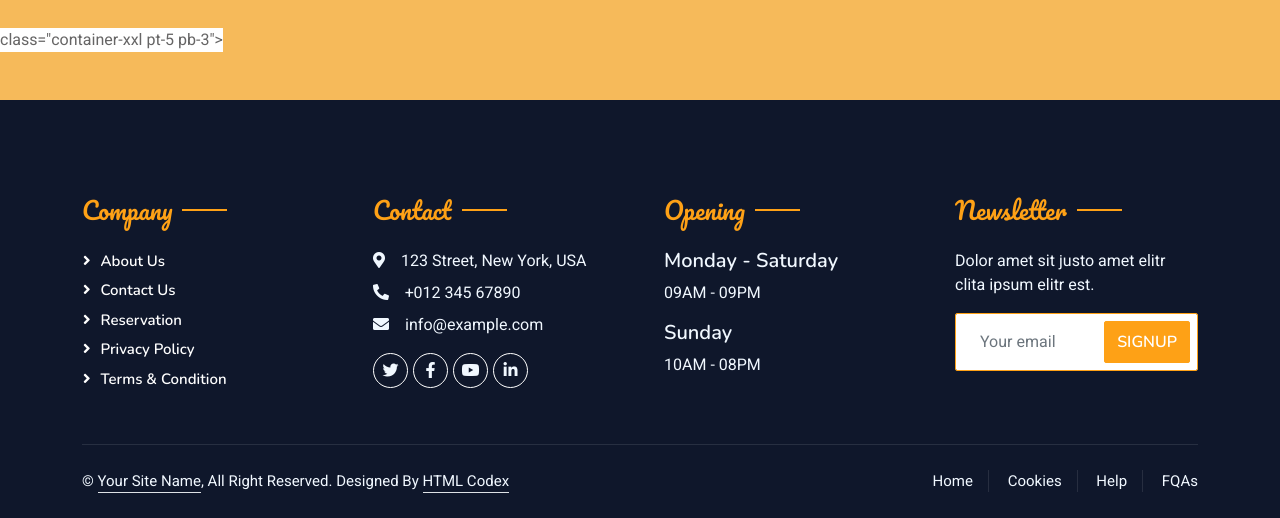
Repository: BDGomar/Presi
Page: about.html
The author's editor kept a copy of each file at every save. The page is drawn from the files as they stood at one save, then again after the next save.
The browser window is 1280 px wide. The pictures show the part of the page from y = 1140 to 1658 px (the page is 1658 px tall).
A picture or video elsewhere on the page could not be fetched, so the positions and the page height are approximate. Some web libraries are served in a nearby version.

Above is the page before, as saved 2024-11-12 15:55:48.

### about.html
<!DOCTYPE html>
<html lang="en">

<head>
    <meta charset="utf-8">
    <title>Restoran - Bootstrap Restaurant Template</title>
    <meta content="width=device-width, initial-scale=1.0" name="viewport">
    <meta content="" name="keywords">
    <meta content="" name="description">

    <!-- Favicon -->
    <link href="img/favicon.ico" rel="icon">

    <!-- Google Web Fonts -->
    <link rel="preconnect" href="https://fonts.googleapis.com">
    <link rel="preconnect" href="https://fonts.gstatic.com" crossorigin>
    <link href="https://fonts.googleapis.com/css2?family=Heebo:wght@400;500;600&family=Nunito:wght@600;700;800&family=Pacifico&display=swap" rel="stylesheet">

    <!-- Icon Font Stylesheet -->
    <link href="https://cdnjs.cloudflare.com/ajax/libs/font-awesome/5.10.0/css/all.min.css" rel="stylesheet">
    <link href="https://cdn.jsdelivr.net/npm/bootstrap-icons@1.4.1/font/bootstrap-icons.css" rel="stylesheet">

    <!-- Libraries Stylesheet -->
    <link href="lib/animate/animate.min.css" rel="stylesheet">
    <link href="lib/owlcarousel/assets/owl.carousel.min.css" rel="stylesheet">
    <link href="lib/tempusdominus/css/tempusdominus-bootstrap-4.min.css" rel="stylesheet" />

    <!-- Customized Bootstrap Stylesheet -->
    <link href="css/bootstrap.min.css" rel="stylesheet">

    <!-- Template Stylesheet -->
    <link href="css/style.css" rel="stylesheet">
</head>

<body>
    <d class="container-xxl bg-white p-0">
        <!-- Spinner Start -->
        <div id="spinner" class="show bg-white position-fixed translate-middle w-100 vh-100 top-50 start-50 d-flex align-items-center justify-content-center">
            <div class="spinner-border text-primary" style="width: 3rem; height: 3rem;" role="status">
                <span class="sr-only">Loading...</span>
            </div>
        </div>
        <!-- Spinner End -->


        <!-- Navbar & Hero Start -->
        <div class="container-xxl position-relative p-0">
            <nav class="navbar navbar-expand-lg navbar-dark bg-dark px-4 px-lg-5 py-3 py-lg-0">
                <a href="" class="navbar-brand p-0">
                    <h1 class="text-primary m-0"><img src="img/pres.png" alt="Logo" width="100px" height="200px">Chez Presi Sangaré</h1>

                </a>
                <button class="navbar-toggler" type="button" data-bs-toggle="collapse" data-bs-target="#navbarCollapse">
                    <span class="fa fa-bars"></span>
                </button>
                <div class="collapse navbar-collapse" id="navbarCollapse">
                    <div class="navbar-nav ms-auto py-0 pe-4">
                        <a href="index.html" class="nav-item nav-link active">Acceuil</a>
                        <a href="about.html" class="nav-item nav-link">Apropos</a>
                        <a href="service.html" class="nav-item nav-link">Service</a>
                        <a href="menu.html" class="nav-item nav-link">Menu</a>
                        <div class="nav-item dropdown">
                            <a href="#" class="nav-link dropdown-toggle" data-bs-toggle="dropdown">Pages</a>
                            <div class="dropdown-menu m-0">
                            </div>
                        </div>
                        <a href="contact.html" class="nav-item nav-link">Contact</a>
                    </div>
                    <a href="" class="btn btn-primary py-2 px-4">Commandez</a>
                </div>
            </nav>

            <div class="container-xxl py-5 bg-dark hero-header mb-5">
                <div class="container text-center my-5 pt-5 pb-4">
                    <h1 class="display-3 text-white mb-3 animated slideInDown">Apropos</h1>
                    <nav aria-label="breadcrumb">
                        <ol class="breadcrumb justify-content-center text-uppercase">
                            <li class="breadcrumb-item"><a href="#">Acceuil</a></li>
                            <li class="breadcrumb-item"><a href="#"></a></li>
                            <li class="breadcrumb-item text-white active" aria-current="page">Apropos</li>
                        </ol>
                    </nav>
                </div>
            </div>
        </div>
        <!-- Navbar & Hero End -->


        <!-- About Start -->
        <div class="container-xxl py-5">
            <div class="container">
                <div class="row g-5 align-items-center">
                    <div class="col-lg-6">
                        <div class="row g-3">
                            <div class="col-6 text-start">
                                <img class="img-fluid rounded w-100 wow zoomIn" data-wow-delay="0.1s" src="img/fo.jpeg">
                            </div>
                            <div class="col-6 text-start">
                                <img class="img-fluid rounded w-75 wow zoomIn" data-wow-delay="0.3s" src="img/apf.jpeg" style="margin-top: 25%;">
                            </div>
                            <div class="col-6 text-end">
                                <img class="img-fluid rounded w-75 wow zoomIn" data-wow-delay="0.5s" src="img/presi.png">
                            </div>
                            <div class="col-6 text-end">
                                <img class="img-fluid rounded w-100 wow zoomIn" data-wow-delay="0.7s" src="img/garba.jpg">
                            </div>
                        </div>
                    </div>
                    <div class="col-lg-6">
                        <h5 class="section-title ff-secondary text-start text-primary fw-normal">Apropos de nous</h5>
                        <h1 class="mb-4">Bienvenue <img src="img/presi.png" width="70px"> Chez Presi Sangaré</h1>
                        <p class="mb-4">Amateur de Garba, amoureux et amoureuse de l'attieké le Garba de Presi Sangaré est le meilleur de toute la ville de Ouagadougou.Venez deguster le meilleur garba.Ne vous faites pas raconter. Disponible à Sinyiri,Saaba et Tampouy</p>
                        <p class="mb-4">Chez Presi Sangaré, vous satisfaire notre combat.<br> Vous connaissez la devise tu connais tu viens!!!</p>
                        <div class="row g-4 mb-4">
                            <div class="col-sm-6">
                                <div class="d-flex align-items-center border-start border-5 border-primary px-3">
                                    <h1 class="flex-shrink-0 display-5 text-primary mb-0" data-toggle="counter-up">3</h1>
                                    <div class="ps-4">
                                        <p class="mb-0">Years of</p>
                                        <h6 class="text-uppercase mb-0">Experience</h6>
                                    </div>
                                </div>
                            </div>
                            <div class="col-sm-6">
                                <div class="d-flex align-items-center border-start border-5 border-primary px-3">
                                    <h1 class="flex-shrink-0 display-5 text-primary mb-0" data-toggle="counter-up">20</h1>
                                    <div class="ps-4">
                                        <p class="mb-0">Plats</p>
                                        <h6 class="text-uppercase mb-0">divers</h6>
                                    </div>
                                </div>
                            </div>
                        </div>
                        <a class="btn btn-primary py-3 px-5 mt-2" href="">Commandez</a>
                    </div>
                </div>
            </div>
        </div>
        <!-- About End -->


        <!-- Team Start -->
        <div></div> class="container-xxl pt-5 pb-3">



        </div>
        <!-- Team End -->


        <!-- Footer Start -->
        <div class="container-fluid bg-dark text-light footer pt-5 mt-5 wow fadeIn" data-wow-delay="0.1s">
            <div class="container py-5">
                <div class="row g-5">
                    <div class="col-lg-3 col-md-6">
                        <h4 class="section-title ff-secondary text-start text-primary fw-normal mb-4">Company</h4>
                        <a class="btn btn-link" href="">About Us</a>
                        <a class="btn btn-link" href="">Contact Us</a>
                        <a class="btn btn-link" href="">Reservation</a>
                        <a class="btn btn-link" href="">Privacy Policy</a>
                        <a class="btn btn-link" href="">Terms & Condition</a>
                    </div>
                    <div class="col-lg-3 col-md-6">
                        <h4 class="section-title ff-secondary text-start text-primary fw-normal mb-4">Contact</h4>
                        <p class="mb-2"><i class="fa fa-map-marker-alt me-3"></i>123 Street, New York, USA</p>
                        <p class="mb-2"><i class="fa fa-phone-alt me-3"></i>+012 345 67890</p>
                        <p class="mb-2"><i class="fa fa-envelope me-3"></i>info@example.com</p>
                        <div class="d-flex pt-2">
                            <a class="btn btn-outline-light btn-social" href=""><i class="fab fa-twitter"></i></a>
                            <a class="btn btn-outline-light btn-social" href=""><i class="fab fa-facebook-f"></i></a>
                            <a class="btn btn-outline-light btn-social" href=""><i class="fab fa-youtube"></i></a>
                            <a class="btn btn-outline-light btn-social" href=""><i class="fab fa-linkedin-in"></i></a>
                        </div>
                    </div>
                    <div class="col-lg-3 col-md-6">
                        <h4 class="section-title ff-secondary text-start text-primary fw-normal mb-4">Opening</h4>
                        <h5 class="text-light fw-normal">Monday - Saturday</h5>
                        <p>09AM - 09PM</p>
                        <h5 class="text-light fw-normal">Sunday</h5>
                        <p>10AM - 08PM</p>
                    </div>
                    <div class="col-lg-3 col-md-6">
                        <h4 class="section-title ff-secondary text-start text-primary fw-normal mb-4">Newsletter</h4>
                        <p>Dolor amet sit justo amet elitr clita ipsum elitr est.</p>
                        <div class="position-relative mx-auto" style="max-width: 400px;">
                            <input class="form-control border-primary w-100 py-3 ps-4 pe-5" type="text" placeholder="Your email">
                            <button type="button" class="btn btn-primary py-2 position-absolute top-0 end-0 mt-2 me-2">SignUp</button>
                        </div>
                    </div>
                </div>
            </div>
            <div class="container">
                <div class="copyright">
                    <div class="row">
                        <div class="col-md-6 text-center text-md-start mb-3 mb-md-0">
                            &copy; <a class="border-bottom" href="#">Your Site Name</a>, All Right Reserved.

							<!--/*** This template is free as long as you keep the footer author’s credit link/attribution link/backlink. If you'd like to use the template without the footer author’s credit link/attribution link/backlink, you can purchase the Credit Removal License from "https://htmlcodex.com/credit-removal". Thank you for your support. ***/-->
							Designed By <a class="border-bottom" href="https://htmlcodex.com">HTML Codex</a>
                        </div>
                        <div class="col-md-6 text-center text-md-end">
                            <div class="footer-menu">
                                <a href="">Home</a>
                                <a href="">Cookies</a>
                                <a href="">Help</a>
                                <a href="">FQAs</a>
                            </div>
                        </div>
                    </div>
                </div>
            </div>
        </div>
        <!-- Footer End -->


        <!-- Back to Top -->
        <a href="#" class="btn btn-lg btn-primary btn-lg-square back-to-top"><i class="bi bi-arrow-up"></i></a>
    </div>

    <!-- JavaScript Libraries -->
    <script src="https://code.jquery.com/jquery-3.4.1.min.js"></script>
    <script src="https://cdn.jsdelivr.net/npm/bootstrap@5.0.0/dist/js/bootstrap.bundle.min.js"></script>
    <script src="lib/wow/wow.min.js"></script>
    <script src="lib/easing/easing.min.js"></script>
    <script src="lib/waypoints/waypoints.min.js"></script>
    <script src="lib/counterup/counterup.min.js"></script>
    <script src="lib/owlcarousel/owl.carousel.min.js"></script>
    <script src="lib/tempusdominus/js/moment.min.js"></script>
    <script src="lib/tempusdominus/js/moment-timezone.min.js"></script>
    <script src="lib/tempusdominus/js/tempusdominus-bootstrap-4.min.js"></script>

    <!-- Template Javascript -->
    <script src="js/main.js"></script>
</body>

</html>

### css/style.css
/********** Template CSS **********/
:root {
    --primary: #FEA116;
    --light: #F1F8FF;
    --dark: #0F172B;
}

.ff-secondary {
    font-family: 'Pacifico', cursive;
}

body{
    background-color: #f6ba5a;
}

.fw-medium {
    font-weight: 600 !important;
}

.fw-semi-bold {
    font-weight: 700 !important;
}

.back-to-top {
    position: fixed;
    display: none;
    right: 45px;
    bottom: 45px;
    z-index: 99;
}


/*** Spinner ***/
#spinner {
    opacity: 0;
    visibility: hidden;
    transition: opacity .5s ease-out, visibility 0s linear .5s;
    z-index: 99999;
}

#spinner.show {
    transition: opacity .5s ease-out, visibility 0s linear 0s;
    visibility: visible;
    opacity: 1;
}


/*** Button ***/
.btn {
    font-family: 'Nunito', sans-serif;
    font-weight: 500;
    text-transform: uppercase;
    transition: .5s;
}

.btn.btn-primary,
.btn.btn-secondary {
    color: #FFFFFF;
}

.btn-square {
    width: 38px;
    height: 38px;
}

.btn-sm-square {
    width: 32px;
    height: 32px;
}

.btn-lg-square {
    width: 48px;
    height: 48px;
}

.btn-square,
.btn-sm-square,
.btn-lg-square {
    padding: 0;
    display: flex;
    align-items: center;
    justify-content: center;
    font-weight: normal;
    border-radius: 2px;
}


/*** Navbar ***/
.navbar-dark .navbar-nav .nav-link {
    position: relative;
    margin-left: 25px;
    padding: 35px 0;
    font-size: 15px;
    color: var(--light) !important;
    text-transform: uppercase;
    font-weight: 500;
    outline: none;
    transition: .5s;
}

.sticky-top.navbar-dark .navbar-nav .nav-link {
    padding: 20px 0;
}

.navbar-dark .navbar-nav .nav-link:hover,
.navbar-dark .navbar-nav .nav-link.active {
    color: var(--primary) !important;
}

.navbar-dark .navbar-brand img {
    max-height: 60px;
    transition: .5s;
}

.sticky-top.navbar-dark .navbar-brand img {
    max-height: 45px;
}

@media (max-width: 991.98px) {
    .sticky-top.navbar-dark {
        position: relative;
    }

    .navbar-dark .navbar-collapse {
        margin-top: 15px;
        border-top: 1px solid rgba(255, 255, 255, .1)
    }

    .navbar-dark .navbar-nav .nav-link,
    .sticky-top.navbar-dark .navbar-nav .nav-link {
        padding: 10px 0;
        margin-left: 0;
    }

    .navbar-dark .navbar-brand img {
        max-height: 45px;
    }
}

@media (min-width: 992px) {
    .navbar-dark {
        position: absolute;
        width: 100%;
        top: 0;
        left: 0;
        z-index: 999;
        background: transparent !important;
    }

    .sticky-top.navbar-dark {
        position: fixed;
        background: var(--dark) !important;
    }
}


/*** Hero Header ***/
.hero-header {
    background: linear-gradient(rgba(15, 23, 43, .9), rgba(15, 23, 43, .9)), url(../img/hq.jpeg);
    background-position: center center;
    background-repeat: no-repeat;
    background-size: cover;
}

.hero-header img {
    animation: imgRotate 50s linear infinite;
}

@keyframes imgRotate {
    100% {
        transform: rotate(360deg);
    }
}

.breadcrumb-item + .breadcrumb-item::before {
    color: rgba(255, 255, 255, .5);
}


/*** Section Title ***/
.section-title {
    position: relative;
    display: inline-block;
}

.section-title::before {
    position: absolute;
    content: "";
    width: 45px;
    height: 2px;
    top: 50%;
    left: -55px;
    margin-top: -1px;
    background: var(--primary);
}

.section-title::after {
    position: absolute;
    content: "";
    width: 45px;
    height: 2px;
    top: 50%;
    right: -55px;
    margin-top: -1px;
    background: var(--primary);
}

.section-title.text-start::before,
.section-title.text-end::after {
    display: none;
}


/*** Service ***/
.service-item {
    box-shadow: 0 0 45px rgba(0, 0, 0, .08);
    transition: .5s;
}

.service-item:hover {
    background: var(--primary);
}

.service-item * {
    transition: .5s;
}

.service-item:hover * {
    color: var(--light) !important;
}


/*** Food Menu ***/
.nav-pills .nav-item .active {
    border-bottom: 2px solid var(--primary);
}


/*** Youtube Video ***/
.video {
    position: relative;
    height: 100%;
    min-height: 500px;
    background: linear-gradient(rgba(15, 23, 43, .1), rgba(15, 23, 43, .1)), url(../img/video.jpg);
    background-position: center center;
    background-repeat: no-repeat;
    background-size: cover;
}

.video .btn-play {
    position: absolute;
    z-index: 3;
    top: 50%;
    left: 50%;
    transform: translateX(-50%) translateY(-50%);
    box-sizing: content-box;
    display: block;
    width: 32px;
    height: 44px;
    border-radius: 50%;
    border: none;
    outline: none;
    padding: 18px 20px 18px 28px;
}

.video .btn-play:before {
    content: "";
    position: absolute;
    z-index: 0;
    left: 50%;
    top: 50%;
    transform: translateX(-50%) translateY(-50%);
    display: block;
    width: 100px;
    height: 100px;
    background: var(--primary);
    border-radius: 50%;
    animation: pulse-border 1500ms ease-out infinite;
}

.video .btn-play:after {
    content: "";
    position: absolute;
    z-index: 1;
    left: 50%;
    top: 50%;
    transform: translateX(-50%) translateY(-50%);
    display: block;
    width: 100px;
    height: 100px;
    background: var(--primary);
    border-radius: 50%;
    transition: all 200ms;
}

.video .btn-play img {
    position: relative;
    z-index: 3;
    max-width: 100%;
    width: auto;
    height: auto;
}

.video .btn-play span {
    display: block;
    position: relative;
    z-index: 3;
    width: 0;
    height: 0;
    border-left: 32px solid var(--dark);
    border-top: 22px solid transparent;
    border-bottom: 22px solid transparent;
}

@keyframes pulse-border {
    0% {
        transform: translateX(-50%) translateY(-50%) translateZ(0) scale(1);
        opacity: 1;
    }

    100% {
        transform: translateX(-50%) translateY(-50%) translateZ(0) scale(1.5);
        opacity: 0;
    }
}

#videoModal {
    z-index: 99999;
}

#videoModal .modal-dialog {
    position: relative;
    max-width: 800px;
    margin: 60px auto 0 auto;
}

#videoModal .modal-body {
    position: relative;
    padding: 0px;
}

#videoModal .close {
    position: absolute;
    width: 30px;
    height: 30px;
    right: 0px;
    top: -30px;
    z-index: 999;
    font-size: 30px;
    font-weight: normal;
    color: #FFFFFF;
    background: #000000;
    opacity: 1;
}


/*** Team ***/
.team-item {
    box-shadow: 0 0 45px rgba(0, 0, 0, .08);
    height: calc(100% - 38px);
    transition: .5s;
}

.team-item img {
    transition: .5s;
}

.team-item:hover img {
    transform: scale(1.1);
}

.team-item:hover {
    height: 100%;
}

.team-item .btn {
    border-radius: 38px 38px 0 0;
}


/*** Testimonial ***/
.testimonial-carousel .owl-item .testimonial-item,
.testimonial-carousel .owl-item.center .testimonial-item * {
    transition: .5s;
}

.testimonial-carousel .owl-item.center .testimonial-item {
    background: var(--primary) !important;
    border-color: var(--primary) !important;
}

.testimonial-carousel .owl-item.center .testimonial-item * {
    color: var(--light) !important;
}

.testimonial-carousel .owl-dots {
    margin-top: 24px;
    display: flex;
    align-items: flex-end;
    justify-content: center;
}

.testimonial-carousel .owl-dot {
    position: relative;
    display: inline-block;
    margin: 0 5px;
    width: 15px;
    height: 15px;
    border: 1px solid #CCCCCC;
    border-radius: 15px;
    transition: .5s;
}

.testimonial-carousel .owl-dot.active {
    background: var(--primary);
    border-color: var(--primary);
}


/*** Footer ***/
.footer .btn.btn-social {
    margin-right: 5px;
    width: 35px;
    height: 35px;
    display: flex;
    align-items: center;
    justify-content: center;
    color: var(--light);
    border: 1px solid #FFFFFF;
    border-radius: 35px;
    transition: .3s;
}

.footer .btn.btn-social:hover {
    color: var(--primary);
}

.footer .btn.btn-link {
    display: block;
    margin-bottom: 5px;
    padding: 0;
    text-align: left;
    color: #FFFFFF;
    font-size: 15px;
    font-weight: normal;
    text-transform: capitalize;
    transition: .3s;
}

.footer .btn.btn-link::before {
    position: relative;
    content: "\f105";
    font-family: "Font Awesome 5 Free";
    font-weight: 900;
    margin-right: 10px;
}

.footer .btn.btn-link:hover {
    letter-spacing: 1px;
    box-shadow: none;
}

.footer .copyright {
    padding: 25px 0;
    font-size: 15px;
    border-top: 1px solid rgba(256, 256, 256, .1);
}

.footer .copyright a {
    color: var(--light);
}

.footer .footer-menu a {
    margin-right: 15px;
    padding-right: 15px;
    border-right: 1px solid rgba(255, 255, 255, .1);
}

.footer .footer-menu a:last-child {
    margin-right: 0;
    padding-right: 0;
    border-right: none;
}

### js/main.js
(function ($) {
    "use strict";

    // Spinner
    var spinner = function () {
        setTimeout(function () {
            if ($('#spinner').length > 0) {
                $('#spinner').removeClass('show');
            }
        }, 1);
    };
    spinner();


    // Initiate the wowjs
    new WOW().init();


    // Sticky Navbar
    $(window).scroll(function () {
        if ($(this).scrollTop() > 45) {
            $('.navbar').addClass('sticky-top shadow-sm');
        } else {
            $('.navbar').removeClass('sticky-top shadow-sm');
        }
    });


    // Dropdown on mouse hover
    const $dropdown = $(".dropdown");
    const $dropdownToggle = $(".dropdown-toggle");
    const $dropdownMenu = $(".dropdown-menu");
    const showClass = "show";

    $(window).on("load resize", function() {
        if (this.matchMedia("(min-width: 992px)").matches) {
            $dropdown.hover(
            function() {
                const $this = $(this);
                $this.addClass(showClass);
                $this.find($dropdownToggle).attr("aria-expanded", "true");
                $this.find($dropdownMenu).addClass(showClass);
            },
            function() {
                const $this = $(this);
                $this.removeClass(showClass);
                $this.find($dropdownToggle).attr("aria-expanded", "false");
                $this.find($dropdownMenu).removeClass(showClass);
            }
            );
        } else {
            $dropdown.off("mouseenter mouseleave");
        }
    });


    // Back to top button
    $(window).scroll(function () {
        if ($(this).scrollTop() > 300) {
            $('.back-to-top').fadeIn('slow');
        } else {
            $('.back-to-top').fadeOut('slow');
        }
    });
    $('.back-to-top').click(function () {
        $('html, body').animate({scrollTop: 0}, 1500, 'easeInOutExpo');
        return false;
    });


    // Facts counter
    $('[data-toggle="counter-up"]').counterUp({
        delay: 10,
        time: 2000
    });

    // charger la vidéo dans le modal
    $(document).ready(function () {
        var $videoSrc;
        $('.btn-play').click(function () {
            $videoSrc = $(this).data("src");
        });
        console.log($videoSrc);

        $('#videoModal').on('shown.bs.modal', function (e) {
            $("#video").attr('src', $videoSrc + "?autoplay=1&amp;modestbranding=1&amp;showinfo=0");
        });

        $('#videoModal').on('hide.bs.modal', function (e) {
            $("#video").attr('src', '');
        });
    });


    // Testimonials carousel
    $(".testimonial-carousel").owlCarousel({
        autoplay: true,
        smartSpeed: 1000,
        center: true,
        margin: 24,
        dots: true,
        loop: true,
        nav : false,
        responsive: {
            0:{
                items:1
            },
            768:{
                items:2
            },
            992:{
                items:3
            }
        }
    });

})(jQuery);

Loaded but not shown: lib/animate/animate.min.css (library); lib/owlcarousel/assets/owl.carousel.min.css (common file); lib/tempusdominus/css/tempusdominus-bootstrap-4.min.css (library); css/bootstrap.min.css (library); lib/wow/wow.min.js (library); lib/easing/easing.min.js (common file); lib/waypoints/waypoints.min.js (library); lib/counterup/counterup.min.js (common file); lib/owlcarousel/owl.carousel.min.js (library); lib/tempusdominus/js/moment.min.js (library); lib/tempusdominus/js/moment-timezone.min.js (library); lib/tempusdominus/js/tempusdominus-bootstrap-4.min.js (library)

After the next save:
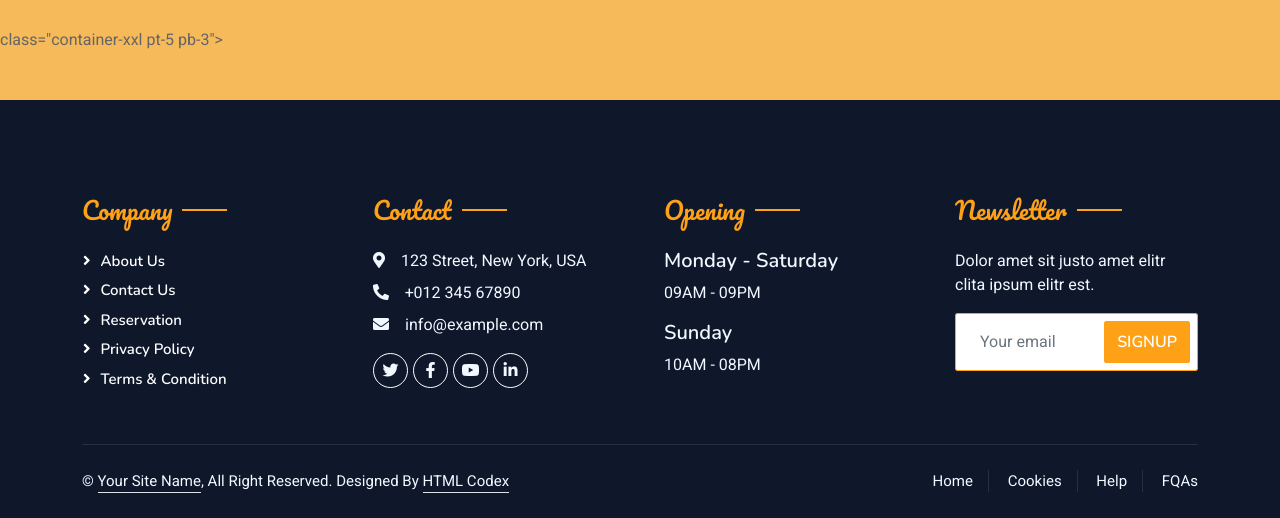
Saved 5 s later.
--- a/about.html
+++ b/about.html
@@ -140,7 +140,7 @@
 
 
         <!-- Team Start -->
-        <div></div> class="container-xxl pt-5 pb-3">
+        <div> class="container-xxl pt-5 pb-3">
 
 
 
